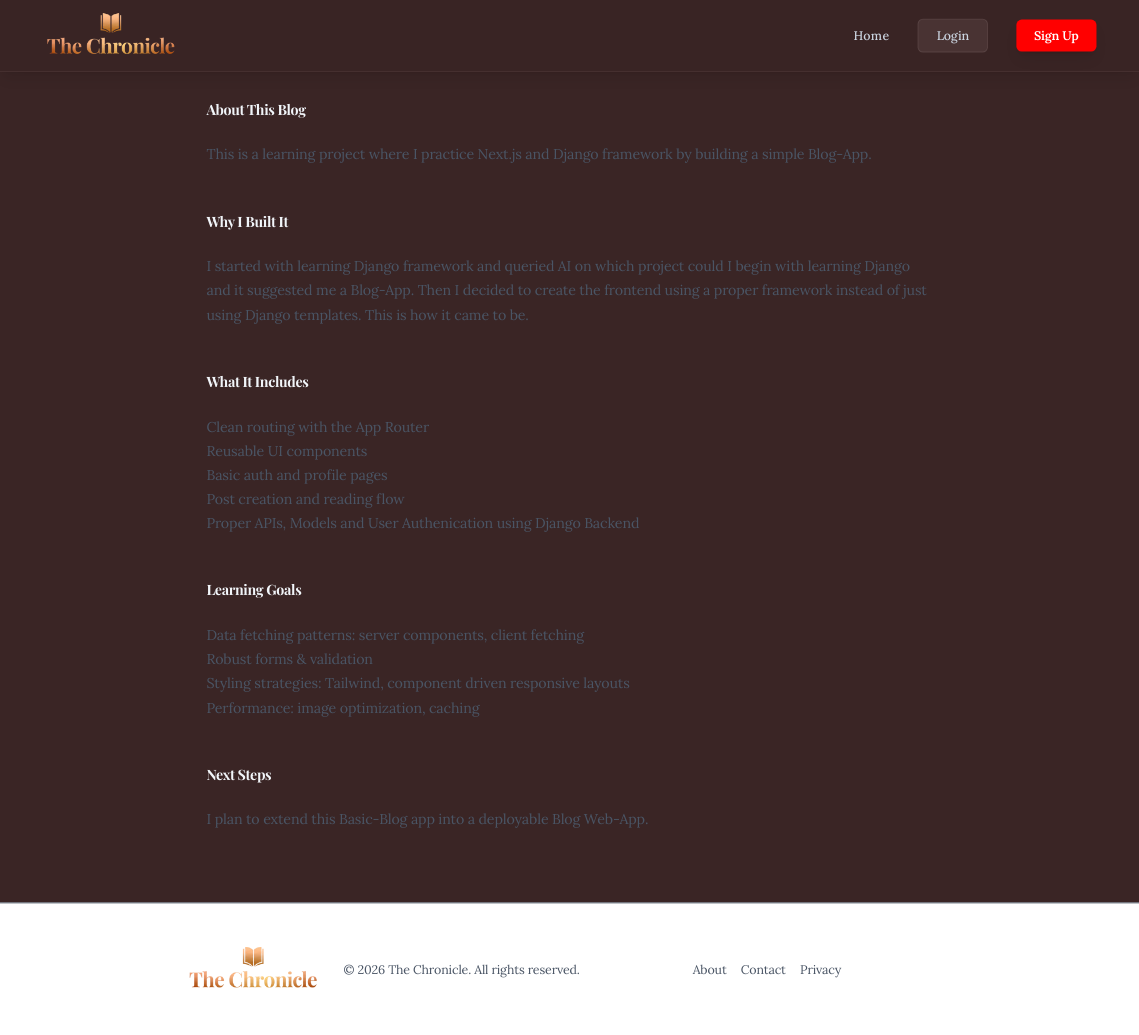
Repository: swaruplamsal/BasicBlogApp
Page: /about (app in blog-frontend/)
These files come from the project's save history. The page is drawn as it stood at one moment and after the next save; the edit follows.
The browser window is 1280 px wide. The pictures show the whole page, at 89% of full size.
The page's requests for data from a server got no answer. The project was rebuilt for these pictures with package versions that can differ from the ones it lists, and the page was loaded fresh each time. The framework's server and built-in components were replaced by stand-ins that run in the browser. No one was signed in, and anything a server would have sent is missing. Also part of the build but not shown: blog-frontend/next.config.mjs, blog-frontend/app/components/Avatar.js.

Above is the page before, as saved 2026-02-07 21:06:14.

After the next save:
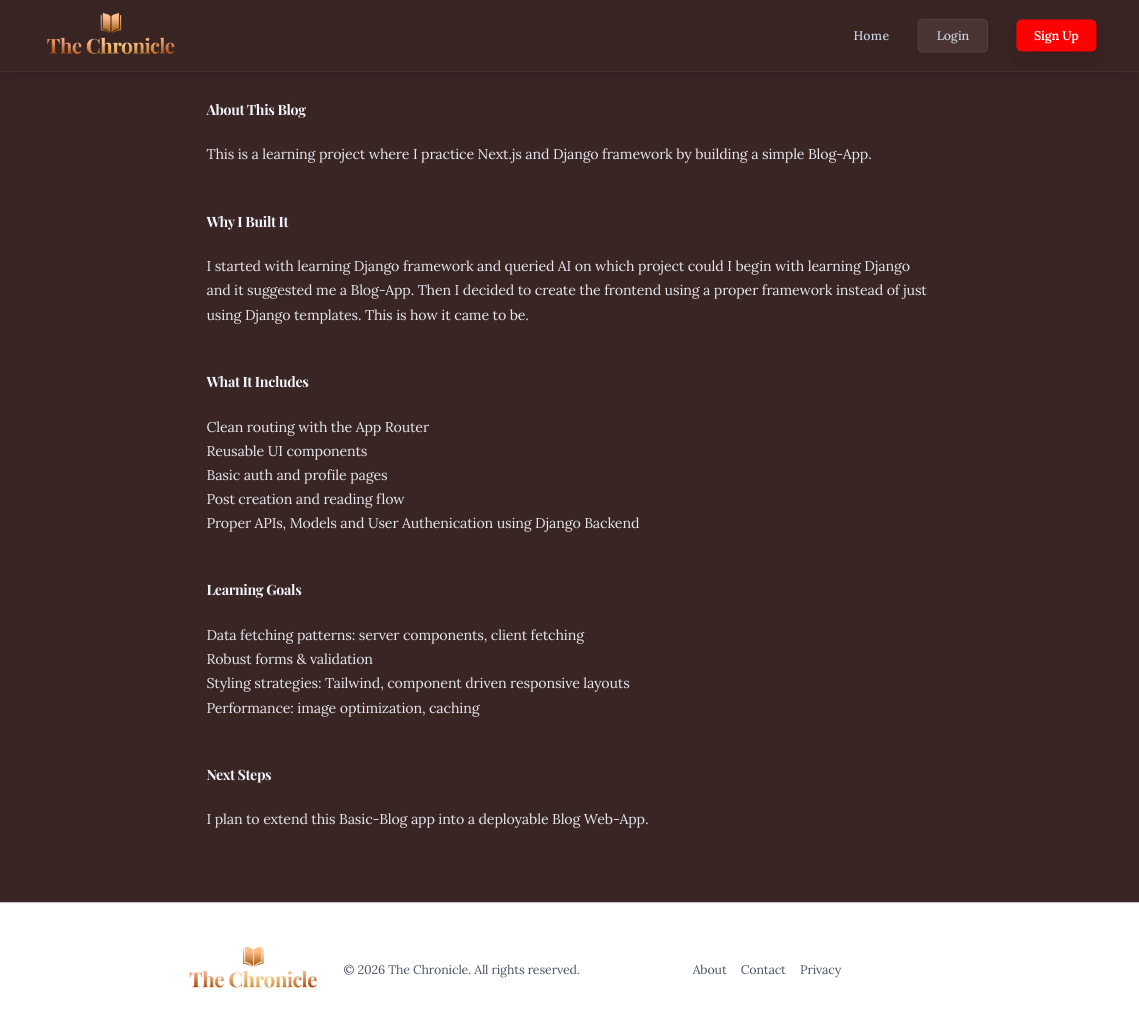
Saved 4 s later.
--- a/blog-frontend/app/about/page.js
+++ b/blog-frontend/app/about/page.js
@@ -7,7 +7,7 @@ const sectionStyle = {
 
 export default function About() {
   return (
-    <div className="dark:bg-slate-950 text-gray-600">
+    <div className="dark:bg-slate-950 text-gray-200">
       <Navbar />
       <main style={{ padding: "2rem", maxWidth: "880px", margin: "0 auto" }}>
         <h1>About This Blog</h1>
